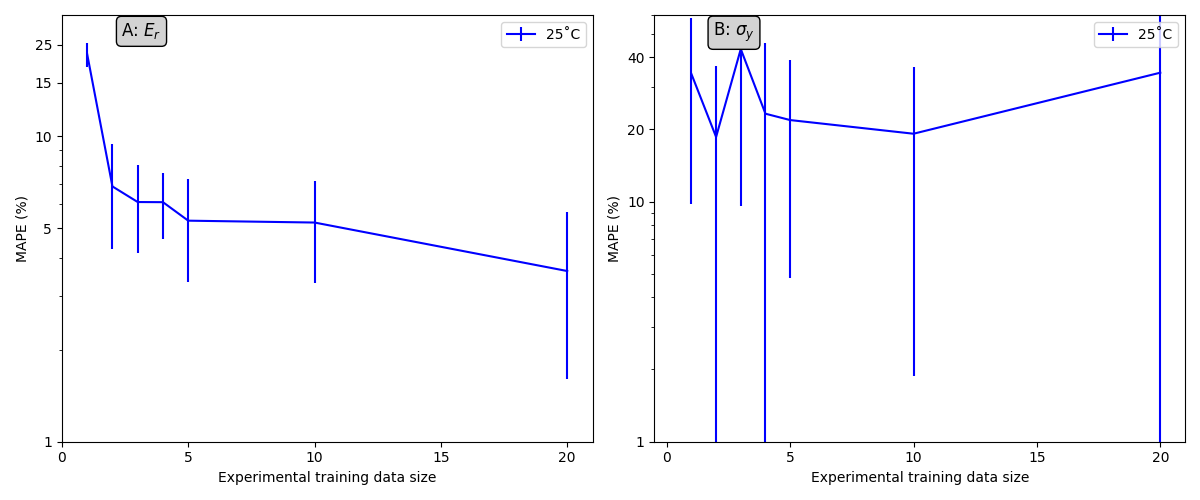
Repository: JoeSpencer1/temperature-dependant
Script's output: python src/figures.py
The author's editor kept a copy of each file at every save. The script's output is drawn from the files as they stood at one save, then again after the next save.
Random numbers start from a fixed seed.

Above is the script's output before, as saved 2023-10-29 11:34:29.

After the next save:
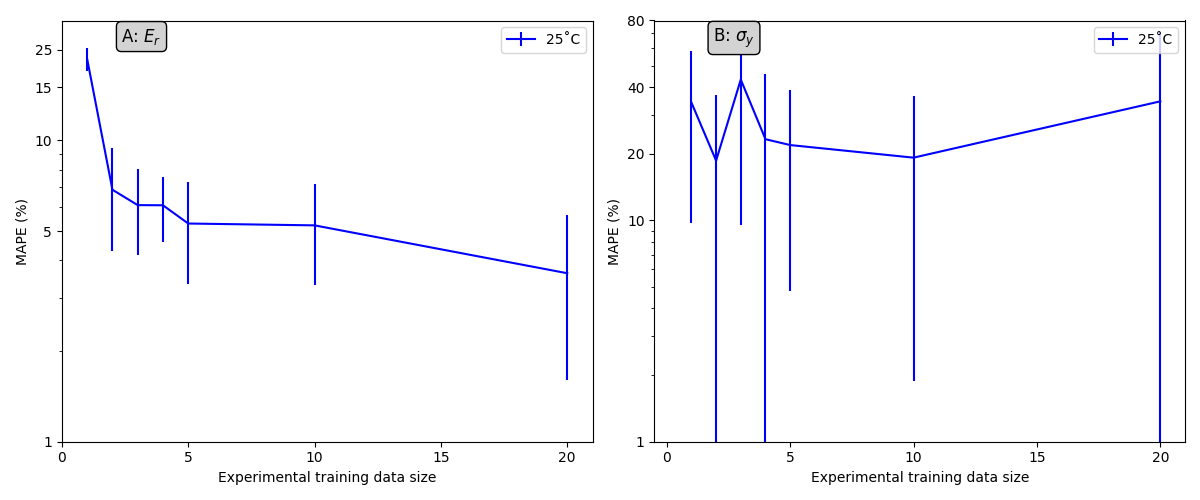
Saved 35 s later.
--- a/src/figures.py
+++ b/src/figures.py
@@ -25,11 +25,11 @@ ax1.annotate("A: $E_{r}$", xy=(0.15, 0.95), xycoords="axes fraction",
 
 ax2.errorbar(n1, Ti25σ, yerr = εTi25σ, color = 'blue', label = "25˚C")
 ax2.set_yscale('log')
-ax2.set_ylim([1, 60])
+ax2.set_ylim([1, 80])
 ax2.set_xlim([-0.5, 21])
 ax2.set_xticks([0, 5, 10, 15, 20])
-ax2.set_yticks([1, 10, 20, 40])
-ax2.set_yticklabels([1, 10, 20, 40])
+ax2.set_yticks([1, 10, 20, 40, 80])
+ax2.set_yticklabels([1, 10, 20, 40, 80])
 ax2.legend()
 ax2.set_ylabel("MAPE (%)")
 ax2.set_xlabel("Experimental training data size")
